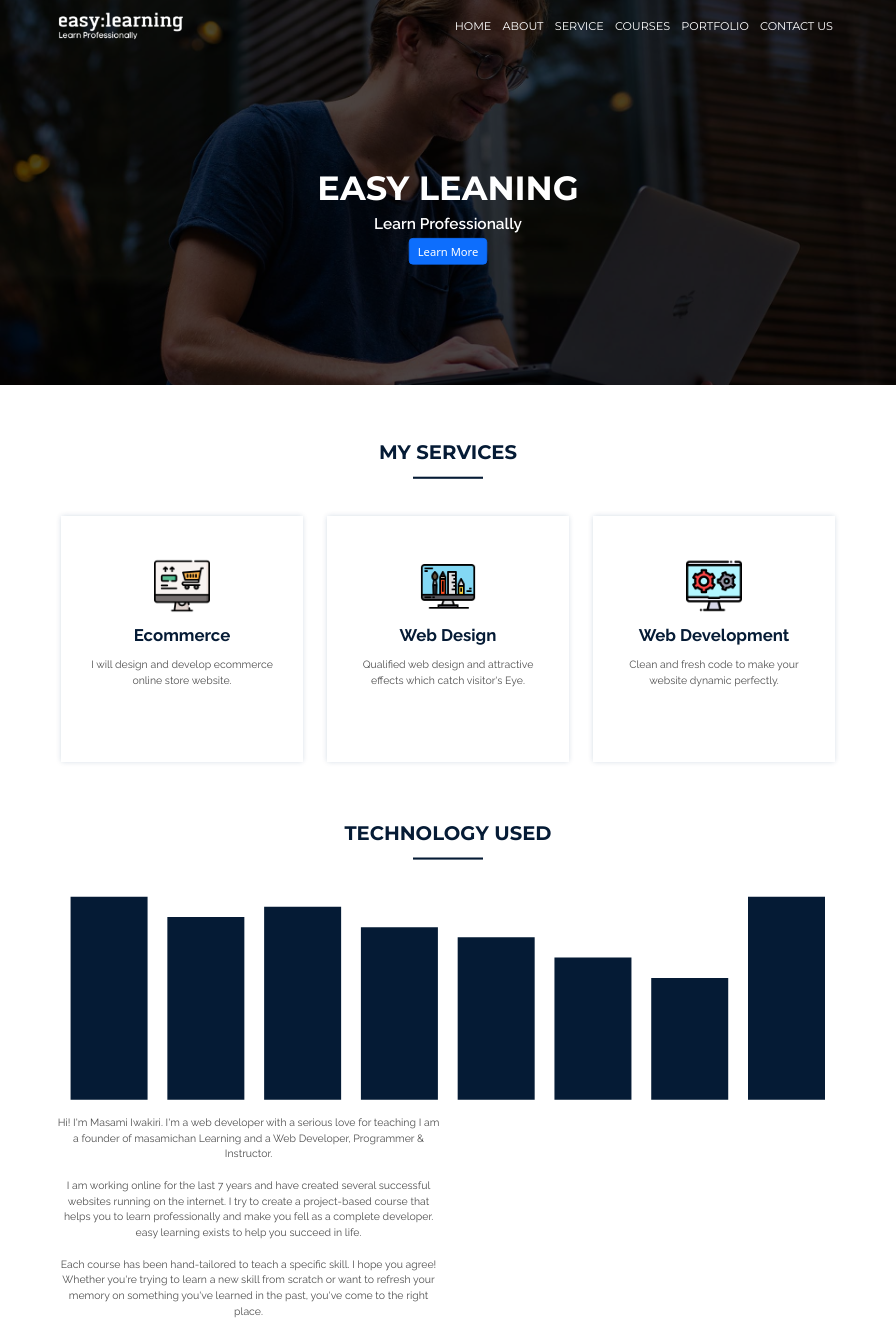
Repository: masamichan/free_video_app
Page: /
An editor plug-in stored every save of this project. The page is shown before and after the next save, followed by the edit.
The browser window is 1280 px wide. The pictures show the whole page, at 70% of full size.
Backgrounds fixed to the window are drawn as part of the page. The project was rebuilt for these pictures with package versions that can differ from the ones it lists, and the page was loaded fresh each time.

Above is the page before, as saved 2023-01-29 10:11:17.

After the next save:
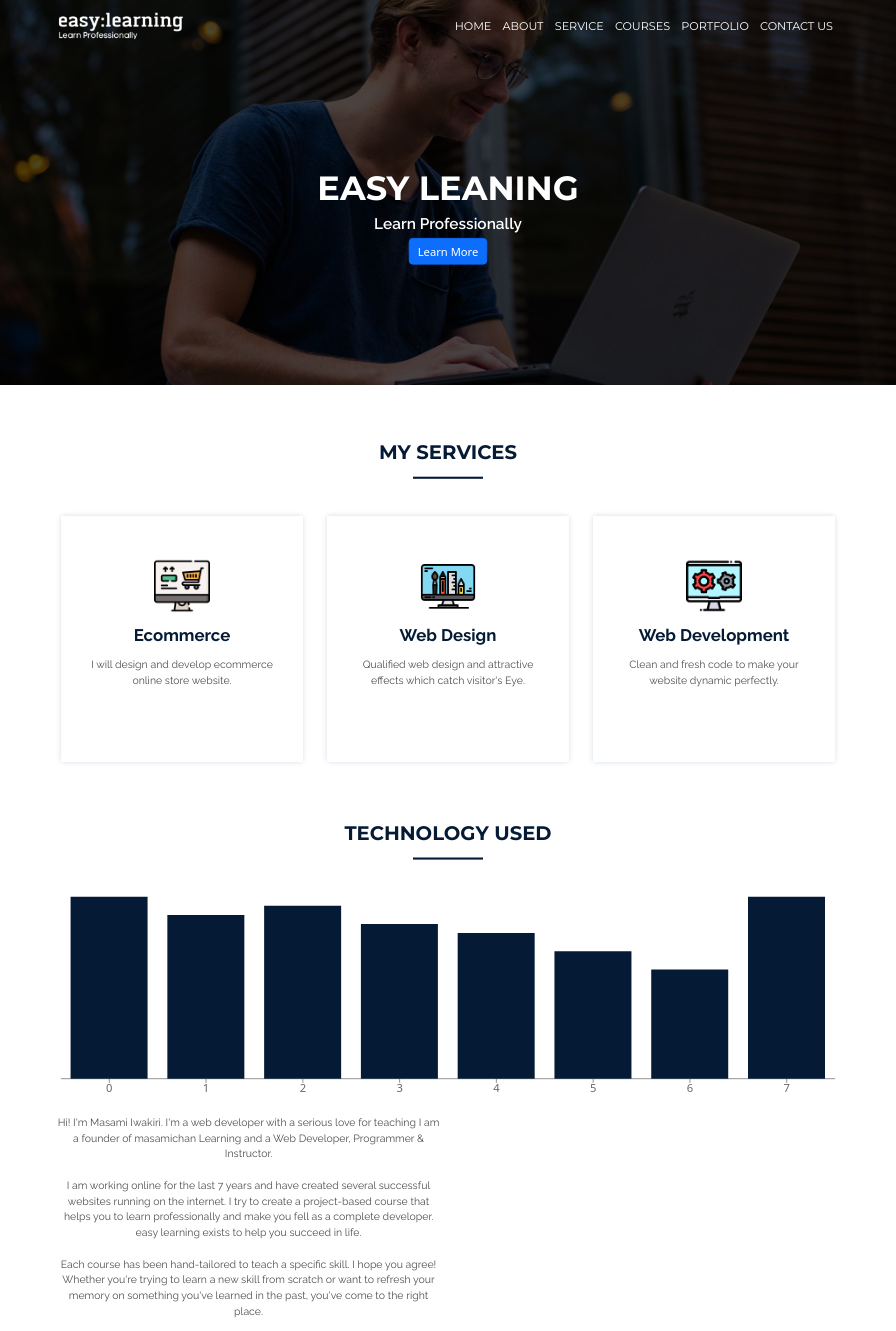
Saved 112 s later.
--- a/src/components/Analysis/Analysis.jsx
+++ b/src/components/Analysis/Analysis.jsx
@@ -1,6 +1,6 @@
 import React, { Component, Fragment } from "react";
 import { Col, Container, Row } from "react-bootstrap";
-import { Bar, BarChart, ResponsiveContainer } from "recharts";
+import { Bar, BarChart, ResponsiveContainer, XAxis } from "recharts";
 
 export class Analysis extends Component {
   constructor() {
@@ -35,6 +35,7 @@ export class Analysis extends Component {
             >
               <ResponsiveContainer>
                 <BarChart width={100} height={300} data={this.state.data}>
+                  <XAxis />
                   <Bar dataKey="Projects" fill={blue}></Bar>
                 </BarChart>
               </ResponsiveContainer>
